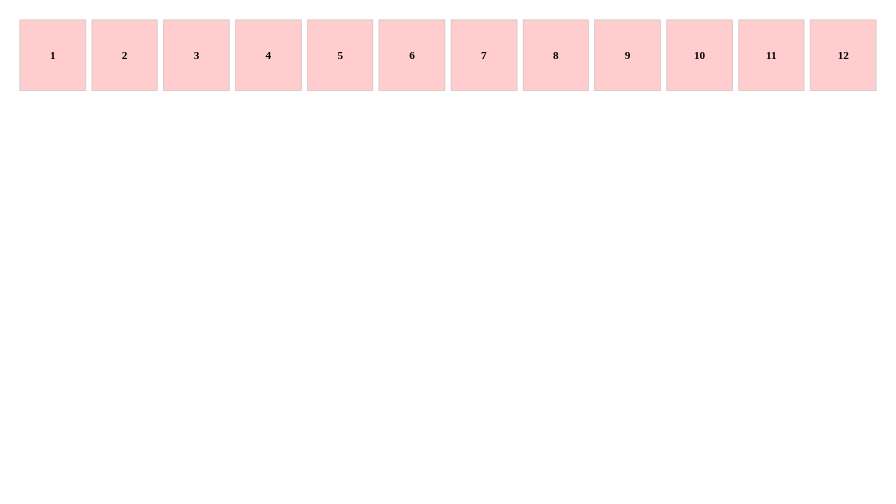
Repository: Yeshwanth-189/little-lemon
Page: / (app in little-lemon/)
These files come from the project's save history. The page is drawn as it stood at one moment and after the next save; the edit follows.
The browser window is 1280 px wide. The pictures show the part of the page from y = 0 to 1920 px (the page is 720 px tall before and 2869 px after), at 70% of full size.
The project was rebuilt for these pictures with package versions that can differ from the ones it lists, and the page was loaded fresh each time.

Above is the page before, as saved 2025-04-26 15:19:55.

After the next save:
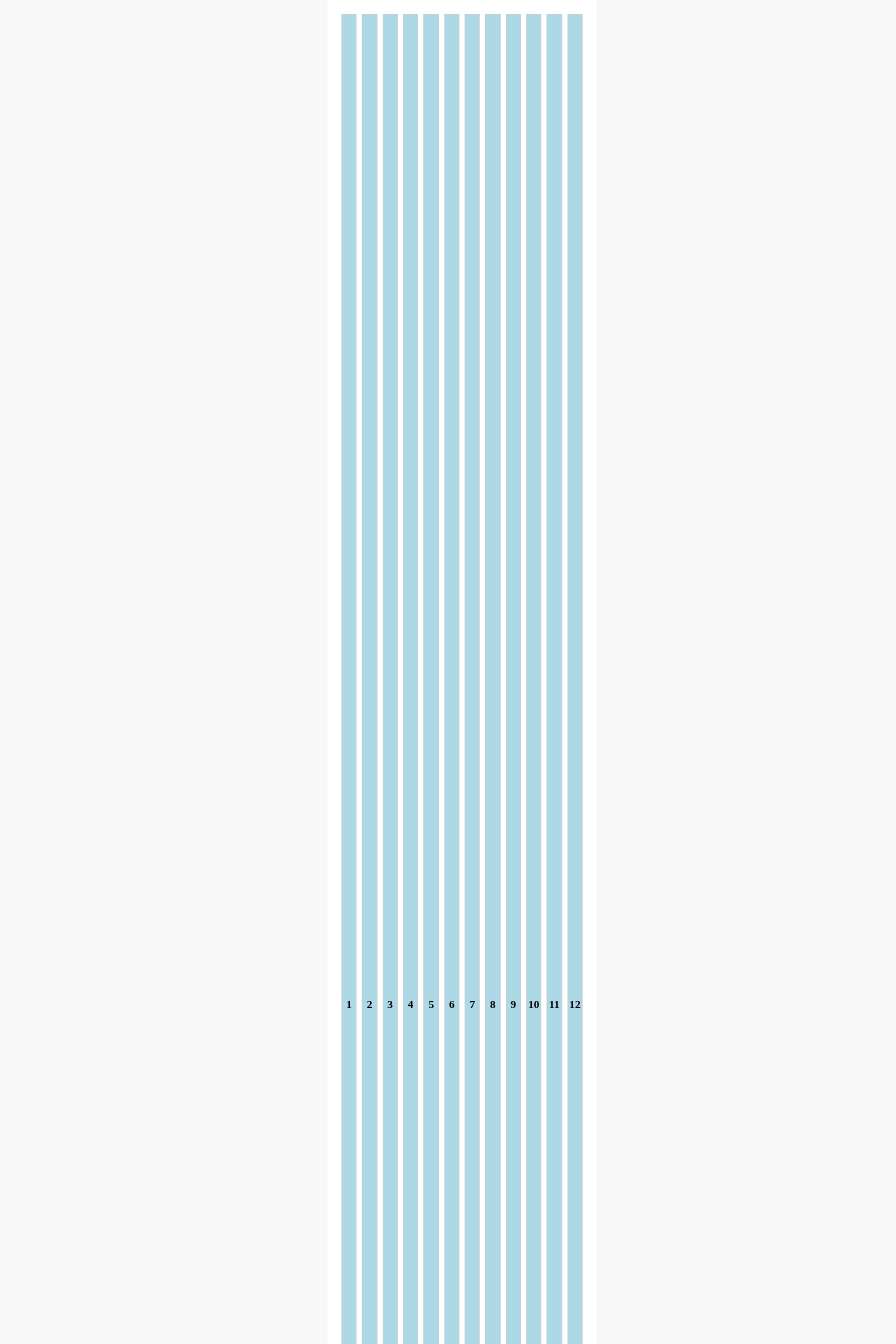
Saved 103 s later.
--- a/little-lemon/src/App.css
+++ b/little-lemon/src/App.css
@@ -1,23 +1,35 @@
-/* Base container for grid layout */
-.container {
-  display: grid;
-  grid-template-columns: repeat(12, 1fr); /* 12 columns for desktop */
-  gap: 8px; /* small gap between columns */
-  padding: 20px;
+body {
+  margin: 0;
+  padding: 0;
+  display: flex;
+  justify-content: center; /* Center the container */
+  background-color: #f8f8f8; /* light background */
 }
 
-/* Each column item */
+/* Frame container */
+.container {
+  width: 100%;
+  max-width: 1440px; /* Limit to your frame width */
+  min-height: 2829px; /* Frame height */
+  display: grid;
+  grid-template-columns: repeat(12, 1fr); /* 12 columns */
+  gap: 8px;
+  padding: 20px;
+  background-color: white; /* white background like your Figma frame */
+}
+
+/* Each column */
 .column {
-  background-color: rgb(255, 205, 205);
+  background-color: lightblue;
   border: 1px solid #ccc;
-  min-height: 100px; /* just to see the box */
+  min-height: 100px;
   display: flex;
   align-items: center;
   justify-content: center;
   font-weight: bold;
 }
 
-/* Mobile view: 4 columns */
+/* Mobile view */
 @media (max-width: 768px) {
   .container {
     grid-template-columns: repeat(4, 1fr); /* 4 columns for mobile */
